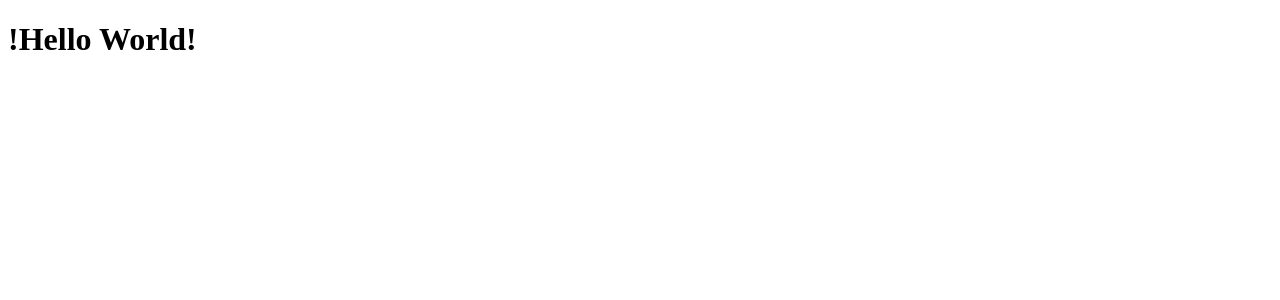
Repository: Ashokkeshri/BarcodeScannerV1.1
Page: HelloWorld/assets/www/index.html
An editor plug-in stored every save of this project. The page is shown before and after the next save, followed by the edit.
The browser window is 1280 px wide. The pictures show the whole page.

Above is the page before, as saved 2013-08-02 08:04:11.

### HelloWorld/assets/www/index.html
<!DOCTYPE html>
<html xml:lang="en" lang="en">
    <head>
        <meta name="viewport" content="width=device-width, initial-scale=1.0, maximum-scale=1.0, user-scalable=no;">
        <title>PhoneGap</title>
        <script type="text/javascript" charset="utf-8" src="cordova-2.2.0.js"></script>
    </head>
    <body>
        <h1>!Hello World!</h1>
    </body>
</html>

Loaded but not shown: HelloWorld/assets/www/cordova-2.2.0.js (library)

After the next save:
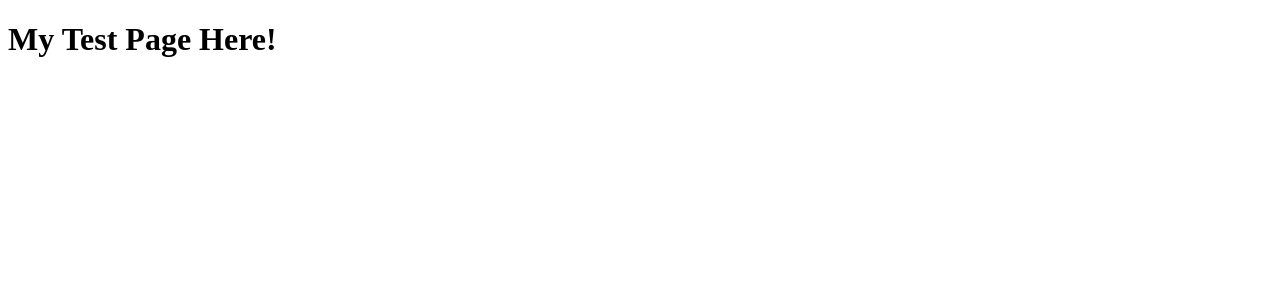
Saved 2 min 50 s later.
--- a/HelloWorld/assets/www/index.html
+++ b/HelloWorld/assets/www/index.html
@@ -6,6 +6,6 @@
         <script type="text/javascript" charset="utf-8" src="cordova-2.2.0.js"></script>
     </head>
     <body>
-        <h1>!Hello World!</h1>
+        <h1>My Test Page Here!</h1>
     </body>
 </html>
